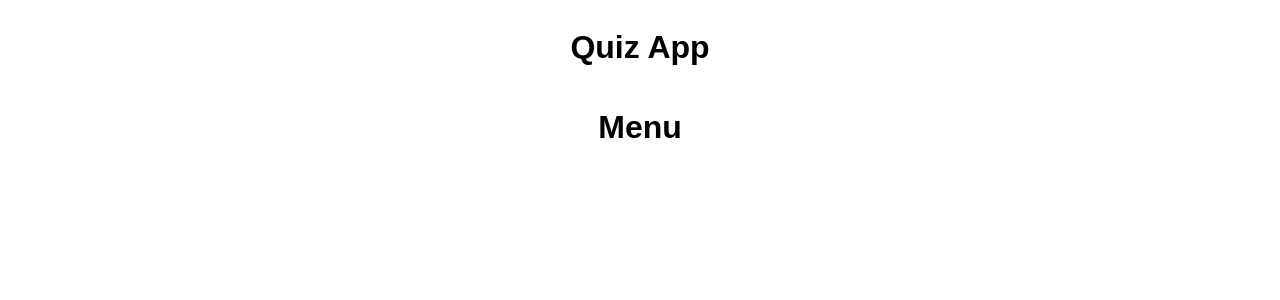
Repository: Wahid137/quiz-app
Page: /
An editor plug-in stored every save of this project. The page is shown before and after the next save, followed by the edit.
The browser window is 1280 px wide. The pictures show the whole page.
The project was rebuilt for these pictures with package versions that can differ from the ones it lists, and the page was loaded fresh each time. Also part of the build but not shown: vite.config.js, src/components/Quiz.jsx, src/components/EndScreen.jsx, src/index.css.

Above is the page before, as saved 2023-09-17 01:43:56.

After the next save:
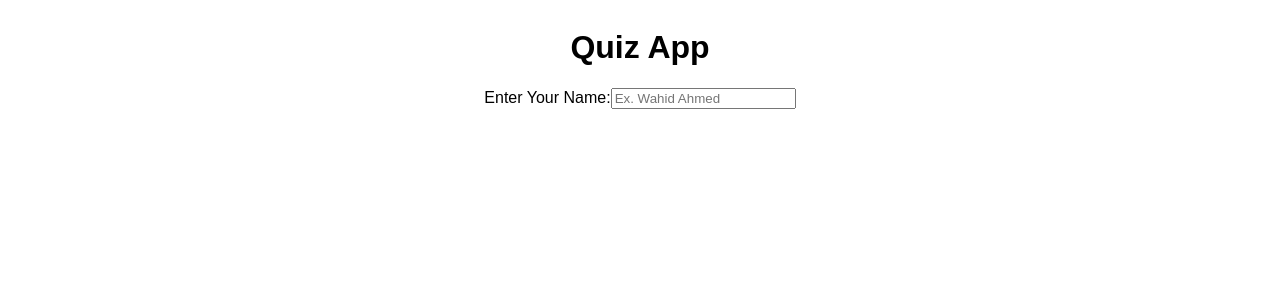
Saved 115 s later.
--- a/src/components/Menu.jsx
+++ b/src/components/Menu.jsx
@@ -7,8 +7,13 @@ const Menu = () => {
     useContext(GameStateContext);
 
   return (
-    <div>
-      <h1>Menu</h1>
+    <div className="Menu">
+      <label>Enter Your Name:</label>
+      <input
+        type="text"
+        placeholder="Ex. Wahid Ahmed"
+        onChange={(event) => setUsername(event.target.value)}
+      />
     </div>
   );
 };
